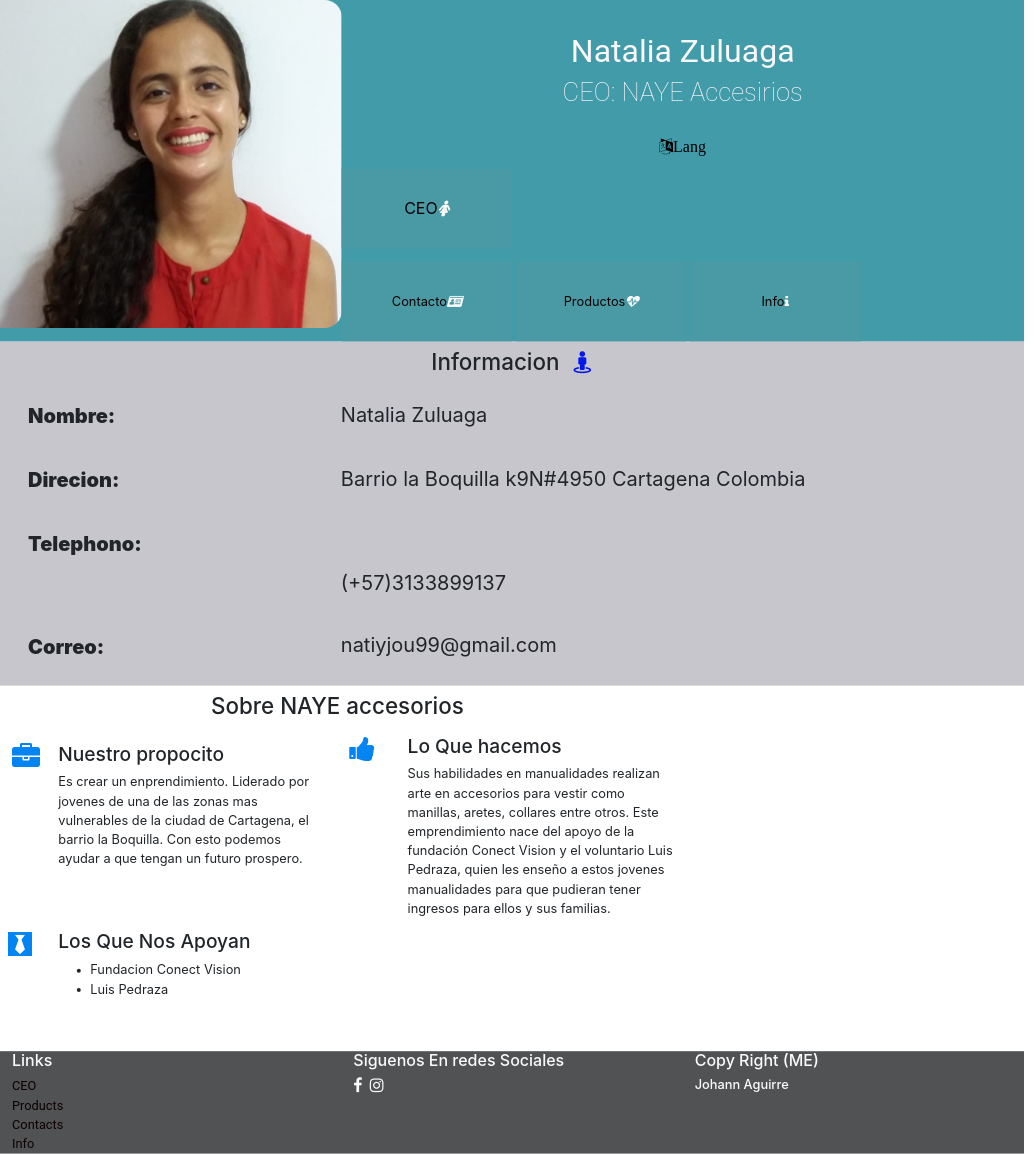
Repository: cachimiro/1-mile-stone-project
Page: index.html
The author's editor kept a record of every edit. The page is drawn from the files as they stood at one moment, then again after the next edit.
The browser window is 1280 px wide. The page is 1295 px wide, so the pictures cover 1295 px, including what lies to the right of the window. The pictures show the whole page, at 80% of full size.
Some web libraries are served in a nearby version.

Above is the page before.

### index.html
<!DOCTYPE html>
<html lang="es">

<head>
    <meta charset="UTF-8">
    <meta name="viewport" content="width=device-width, initial-scale=1.0">
    <meta http-equiv="X-UA-Compatible" content="ie=edge">
    <link rel="stylesheet" href="https://stackpath.bootstrapcdn.com/bootstrap/4.2.1/css/bootstrap.min.css" type="text/css" />
    <link rel="stylesheet" href="https://stackpath.bootstrapcdn.com/font-awesome/4.7.0/css/font-awesome.min.css" type="text/css" />
    <link rel="stylesheet" href="https://cdnjs.cloudflare.com/ajax/libs/hover.css/2.3.1/css/hover-min.css" type="text/css" />
    <link rel="stylesheet" href="css/style.css" type="text/css" />
    <title>NAYE accesirios</title>
</head>

<body>
    <header>
        <div class="row no-gutters">
            <a href="#" class="col-sm logo ">

            </a>

            <div class="col-md-8">
                <div class="row no-gutters">
                    <div class="col heading bg-color-name-title">
                        <h1 class="name">Natalia Zuluaga</h1>
                        <h2 class="title">CEO: NAYE Accesirios</h2>
                        <div class="dropdown">
                            <button class="dropbtn"><i class="fa fa-language">Lang</i></button>
                            <div class="dropdown-content">
                                <a href="index-english.html">English</a>
                            </div>
                        </div>


                    </div>
                </div>
                <div class="row no-gutters inline-block">
                    <div class="col"></div>
                    <ul id="nav" class="list-inline menucontainer">
                        <li class="col-6 col-sm-3 ui-menu-color-ceo list-inline-item menuitem">
                            <a href="#">CEO<i class="fa fa-ceo hvr-icon" aria-hidden="true"> <span><i class="fas fa-female"></i></span></i>  </a>
                        </div>
                        <div class="col-6 col-sm-3 ui-menu-color-contacto list-inline-item menuitem">
                            <a href="contactos.html">Contacto<i class="fa fa-contact hvr-icon" aria-hidden="true"> <span><i class="far fa-id-card"></i></span></i>  </a>
                        </div>
                        <div class="col-6 col-sm-3 ui-menu-color-productos list-inline-item menuitem">
                            <a href="productos.html"> Productos<i class="fa fa-crown hvr-icon" aria-hidden="true"> <span><i class="fas fa-heartbeat"></i></span></i>  </a>
                        </div>
                        <div class="col-6 col-sm-3 ui-menu-color-info list-inline-item menuitem">
                            <a href="informacion.html">Info<i class="fa fa-info hvr-icon" aria-hidden="true"></i>  </a>
                        </div>


                    </div>

                </div>

            </div>
        </div>
    </header>
    <section class="container-fluid">
        <div class="row">
            <div class="col bg-color-personal-info section-column colour-of-infimacion">
                <div class="row">
                    <div class="col-12">
                        <h3 class="section-heading uppercase">Informacion <i class="fa fa-street-view"></i></h3>
                    </div>
                </div>
                 <div class="personal-info-item">
                    <div class="key">
                        <p class="uppercase">
                            Nombre:

                        </p>
                    </div>
                    <div class="value">
                        <p>
                            Natalia Zuluaga

                        </p>
                    </div>
                </div>
                <div class="personal-info-item">
                    <div class="key">
                        <p class="uppercase">
                            Direcion:

                        </p>
                    </div>
                    <div class="value">
                        <p>
                            Barrio la Boquilla k9N#4950 Cartagena Colombia

                        </p>
                    </div>
                </div>
                 <div class="personal-info-item">
                    <div class="key">
                        <p class="uppercase">
                            Telephono:

                        </p>
                    </div>
                    <div class="value">
                        <p class="move-right">
                       (+57)3133899137

                        </p>
                    </div>
                </div>
                 <div class="personal-info-item">
                    <div class="key">
                        <p class="uppercase">
                            Correo:

                        </p>
                    </div>
                    <div class="value">
                        <p>
                            natiyjou99@gmail.com

                        </p>
                    </div>
                </div>
            </div>

            <div class="row">
            <div class="col-md-8 bg-color-three-reasons section-column">
                <div class="row">
                    <div class="col">
                        <h3 class="section-heading uppercase">Sobre NAYE accesorios</h3>
                    </div>
                </div>
                    <div class="row">
                        <div class="col-10 offset-1 offset-sm-0 col-sm-4 col-md-6">
                            <div class="row">
                                <div class="col-2">
                                    <i class=" move-icon three-reasons-icon fa fa-briefcase" aria-hidden="true"></i>
                                </div>
                                <div class="col-10">
                                    <h4 class="three-reasons-heading uppercase add-padding">Nuestro  propocito</h4>
                                    <p> Es crear un enprendimiento. Liderado por jovenes
                                    de una de las zonas mas vulnerables de la ciudad de Cartagena,
                                    el barrio la Boquilla. Con esto podemos ayudar a que tengan un futuro prospero. </p>
                                </div>
                            </div>
                        </div>
                         <div class="col-10 offset-1 offset-sm-0 col-sm-4 col-md-6">
                            <div class="row">
                                <div class="col-2">
                                    <i class="three-reasons-icon fa fa-thumbs-up" aria-hidden="true"></i>
                                </div>
                                <div class="col-10">
                                    <h4 class="three-reasons-heading uppercase">Lo Que hacemos </h4>
                                    <p> Sus habilidades en manualidades realizan arte en accesorios para vestir
                                       como manillas, aretes, collares entre otros. Este emprendimiento
                                       nace del apoyo de la fundación Conect Vision y el voluntario Luis Pedraza,
                                       quien les enseño a estos jovenes manualidades para que pudieran tener ingresos
                                       para ellos y sus familias.</p>
                                </div>
                            </div>
                        </div>
                         <div class="col-10 offset-1 offset-sm-0 col-sm-4 col-md-6">
                            <div class="row">
                                <div class="col-2">
                                    <i class="move-icon-3 three-reasons-icon fa fa-black-tie" aria-hidden="true"></i>
                                </div>
                                <div class="col-10">
                                    <h4 class="three-reasons-heading uppercase">Los Que Nos Apoyan</h4>
                                    <ul>
                                        <li>Fundacion Conect Vision</li>
                                        <li class="add-padding-3">Luis Pedraza</li>
                                    </ul>
                                </div>
                            </div>
                        </div>

                    </div>

            </div>
        </div>
        </div>



    </section>



    <footer class="container-fluid">
        <div id="footer-detail" class="row">
            <div class="col-sm-4">
                <h5 class="uppercase general-sub">Links</h5>
                <div class="inline-block">
                    <div class="links-footer">
                        <a href="#">
                            <div>
                                CEO
                            </div>
                        </a>
                         <a href="productos.html">
                            <div>
                                Products
                            </div>
                        </a>
                         <a href="contactos.html">
                            <div>
                                Contacts
                            </div>
                        </a>
                         <a href="informacion.html">
                            <div>
                                Info
                            </div>
                        </a>
                    </div>
                </div>
            </div>
            <div class="col-sm-4">
                <h5 class="uppercase general-sub">Siguenos En redes Sociales</h5>
                <div class="social-media-icons">
                    <div class="list-inline-item">
                        <a href="https://m.facebook.com/Nayeaccesorio/" target="_blank" class="">
                        <i class="fa fa-facebook" aria-hidden="true"></i>
                        <span class="sr-only">Facebook</span>
                        </a>
                    </div>
                    <div class="list-inline-item"></div>
                    <a href="https://www.instagram.com/nayeaccesorios/" target="_blank" class="">
                         <i class="fa fa-instagram" aria-hidden="true"></i>
                            <span class="sr-only">Instagram</span>
                            </a>

                </div>
            </div>
             <div class="col-sm-4">
                <h5 class="uppercase general-sub"> Copy Right (ME)</h5>
                <h6>Johann Aguirre</h6>

            </div>
        </div>


    </footer>
</body>

</html>

### css/style.css
@import url('https://fonts.googleapis.com/css?family=Roboto+Slab&display=swap');
/*----------colours*/

header {
    margin: 0;
    background-color: #419ba8;
    color: #f9f7fa;


}

.bg-color-name-title {
    padding-top: 30px;
}


.ui-menu-color-ceo {
    background-color:#499aa5;
    transition: all .5s ease-in-out;
    -moz-transition: all .5s ease-in-out;
    -webkit-transition: all .5s ease-in-out;


}

.ui-menu-color-contacto {
    background-color: #499aa5;
    transition: all .5s ease-in-out;
    -moz-transition: all .5s ease-in-out;
    -webkit-transition: all .5s ease-in-out;

}

.ui-menu-color-productos {
    background-color: #499aa5;
    transition: all .5s ease-in-out;
    -moz-transition: all .5s ease-in-out;
    -webkit-transition: all .5s ease-in-out;

}

.ui-menu-color-info {
    background-color: #499aa5;
    transition: all .5s ease-in-out;
    -moz-transition: all .5s ease-in-out;
    -webkit-transition: all .5s ease-in-out;

}

/*---------------sosial links colors*/

.social-links i {
    color: black;
}

/*-------------------heading, decoration*/

.list-inline-item:not(:last-child) {
    margin: 0;
}

.list-inline-item:hover{
    background-color: #757b7b;
    border-radius: 50%;
}

.bg-color-name-title {
    padding-top: 30px;
    font-family: "roboto", sans-serif;
    text-align: center;
}

.title {
    font-weight: 200;
    padding-bottom: 15px;
}

.name {
    font-weight: 400;
    padding-top: 10px;
}





i {
    color: #fafafa;

}

.inline-block {
    display: inline;
}

a {
    color: #0d0101;
}

a:hover {
    text-decoration: none;
    color: #fafafa;
}

.logo {
    background: url("../photo/natalia.jpg");
    background-position: center;
    background-repeat: no-repeat;
    background-size: cover;
    height: 410px;
    width: 370px;
    border-top-right-radius: 5%;
    border-bottom-right-radius: 5%;
    transition: all .5s ease-in-out;
    -moz-transition: all .10s ease-in-out;
    -webkit-transition: all .10s ease-in-out;
}

.menucontainer {
    font-size: 0;
}



#nav li {
    font-size: 20px;
    padding: 0;

}

.menuitem {
    line-height: 100px;
    text-align: center;

}


/*----------------drop down button*/

.dropbtn {
    background-color: transparent;
    color: #222020;
    padding: 16px;
    font-size: 12px;
    border: none;
}

.dropdown i {
    color: #000000;
    font-size: 20px;
}

.dropdown {
    position: static;
    display: inline-block;
    text-align: right;

}

.dropdown-content {
    display: none;
    position: absolute;
    background-color: #fafafa;
    min-width: 16px;
    box-shadow: 0px 8px 16px 0px rgba(0, 0, 0, 0.2);
    z-index: 1;
    border-radius: 20%;
}

.dropdown-content a {
    color: #000000;
    padding: 12px 16px;
    text-decoration: none;
    display: block;
}

.dropdown-content a:hover {
    background-color: #eb1e03;
    border-radius: 50%;


}

.dropdown:hover .dropdown-content {
    display: block;
}



/*-----------------------------section personal informtion informacion*/

.section-heading {
    padding: 10px;
    text-align: center;
}

.add-padding {
    padding-top: 10px;
}

.add-padding-3 {
    padding-bottom: 50px;
}

.move-icon {
    padding-left: 15px;
    padding-top: 10px;
}

.move-icon-3 {
    padding-left: 10px
}

.three-reasons-icon {
    color: #0284f3;
    font-size: 35px;

}

.colour-of-infimacion {
    background-color: #c6c6cc;
    line-height: 18px;

}


.personal-info-item {
    font-size: 25px;
    margin-bottom: 20px;
    padding: 20px;
    display: block;
    clear: both;

}

.col-md-4 {
    padding-right: 0;
}

.personal-info-item .key,
.personal-info-item .value {
    padding-right: 8px;
    display: inline-block;

}

.personal-info-item .key p,
.personal-info-item .value p {
    margin: 0;
}

.move-right {
    padding-top: 50px;
}

.personal-info-item .key {
    width: 30%;
    margin-right: 21px;
    padding-top: 2px;
    vertical-align: top;
}

.personal-info-item .key p {
    font-weight: 900;

}

.personal-info-item .value {
    position: relative;
    width: 60%;
}

/*----------------------------section icons*/

h3 i {
    color: #0517ea;
    padding-left: 10px;
}

/*---------------------footer links*/

.links-footer {
    font-family: "roboto", sans-serif;
    padding-right: 250px;



}

.links-footer li {
    color: #fafafa;
    text-decoration: none;
    list-style-type: none;
}

.links-footer li:hover {
    color: #e80c0c;


}

/*-----------------------footer*/


.social-media-icons i {
    color: #fafafa;
    text-align: center;
    font-size: 20px;


}

.social-media-icons i:hover {
    background-color: #e80c0c;
    border-radius: 50%;
    height: 30px;
    width: 30px;
    padding-top: 5px;
    transition-duration: 1s;



}

footer {
    background-color: #505254;
    margin: 0;
    color: #fafafa;
    position: static;


}




/*---------------------------------productos.html*/

/*------------------------------header*/



.logo-2 {
    text-align: center;
    top: -36px;
    background-repeat: no-repeat;
    width: 200px;
    height: 200px;
    margin: 0px;
    padding: 0px;
    background-color: #499aa5;
    transition: all 2s ease-in-out;
    -moz-transition: all 2s ease-in-out;
    -webkit-transition: all 2s ease-in-out;
}


.nowrap {
    flex-wrap: wrap-reverse;
}

/*--------------------------------------------section*/

/*----------------------------------image*/

.photo-adjust {
    margin: 0;
    padding: 0;
    display: block;
    top: -21px;
    line-height: 20px;


}

.photo-1 {
    border-radius: 50%;
    -webkit-transition: border-radius 2s;
    transition: border-radius 2s;
}

.photo-1:hover {
    border-radius: 0;
    transition-duration: 1s;

}



.dropdown-links {
    line-height: 100px;
    text-align: center;

}

.dropbtn-links {
    top: -56px;
    padding: 0;
    margin: 0;
}

/*--------------------------hover image information*/

.font-style {
    color: #111111;
    font-family: "roboto", sans-serif;
    font-weight: 600;
    text-align: center;
    text-shadow: 2px 2px #28c7db;
    padding: 10px;
}

/*-------------------------drop-down-button-2*/

.dropdown-2 {
    position: static;
    right: -500px;
    top: 0;
    z-index: 1;

}

.dropbtn-2 {
    background-color: transparent;
    color: #222020;
    padding: 16px;
    font-size: 12px;
    border: none;
}

.dropdown-2 i {
    color: #222020;
    font-size: 20px;
}




.dropdown-content-2 {
    display: none;
    position: absolute;
    background-color: #fafafa;
    min-width: 16px;
    box-shadow: 0px 8px 16px 0px rgba(0, 0, 0, 0.2);
    z-index: 1;
    border-radius: 20%;
}

.dropdown-content-2 a {
    color: #000000;
    padding: 12px 16px;
    text-decoration: none;
    display: block;
}

.dropdown-content-2 a:hover {
    background-color: #eb1e03;
    border-radius: 50%;


}

.dropdown-2:hover .dropdown-content-2 {
    display: block;
}

.dropdown-2:hover .dropbtn-2 {
    background-color: #3fbec8;


}

/*------------------------------------contactos.html*/

.bg-color-lightblue {
    background-color: #fafafa;
}

.logo-3 {
    text-align: center;
    top: -56px;
    background-repeat: no-repeat;
    width: 200px;
    height: 200px;
    margin: 0px;
    padding: 0px;
    position: static;
    background-color: #499aa5;
    transition: all 2s ease-in-out;
    -moz-transition: all 2s ease-in-out;
    -webkit-transition: all 2s ease-in-out;
}

.menuitem-1 {
    line-height: 100px;
    text-align: center;
}

/*---------------------------------contact form*/

.contact-firm {
    text-align: center;
    font-size: 40px;
    font-weight: 200;
    font-family: "roboto", sans-serif;
    padding: 20px;
    color: #000000;

}

input[type=email] {
    width: 100%;
    border-radius: 4px;
    margin-bottom: 10px;
    padding: 10px;
    border: 1px solid #cccccc;
}

input[type=text],
select,
textarea {
    width: 100%;
    padding: 12px;
    border: 1px solid #cccccc;
    border-radius: 4px;
    box-sizing: border-box;
    margin-top: 6px;
    margin-bottom: 16px;
    resize: vertical;
}

input[type=submit] {
    background-color: #b84bff;
    color: #fafafa;
    padding: 12px 20px;
    border: none;
    border-radius: 4px;
    cursor: pointer;
}

input[type=submit]:hover {
    background-color: #5009ff;
}

.container-6 {
    border-radius: 5px;
    background-color: #cacaca;
    padding: 20px;
}

/*--------------------------------info.html*/

.progress {
    border-radius: 10px;
}

.progress-bar {
    background-color: #122a2f;
}

.info-header {
    background-color: #419ba8;
}

.logo-4 {
    text-align: center;
    top: -56px;
    background-repeat: no-repeat;
    width: 200px;
    height: 200px;
    margin: 0px;
    padding: 0px;
    position: static;
}

.menuitem-3 {
    line-height: 100px;
    text-align: center;
    top: -20px;
}

.colour-section {
    background-color: #fafafa;
    color: #000000;
}

/*------------------------------media querys*/

@media (max-width: 450px) {
    section {
        width: 100%;
        line-height: 25px;
    }
}



@media (max-width: 450px) {
    section .colour-of-infimacion {
        border-radius: 0;
    }
}

@media (max-width:450px) {
    header .logo {
        border-radius: 0;
        width: 100%;
    }
}
@media (max-width:500px){
    .menuitem-3{
        background-color:  #c6c6cc;
    }
}
@media (max-width:500px){
    .menuitem-1{
        background-color:  #c6c6cc;
    }
}

@media (max-width: 500px) {
    header .menuitem {
        background-color:  #c6c6cc;
    }

}
@media (max-width: 1300px){
    body{
        position: static;
    }
}

After the next edit:
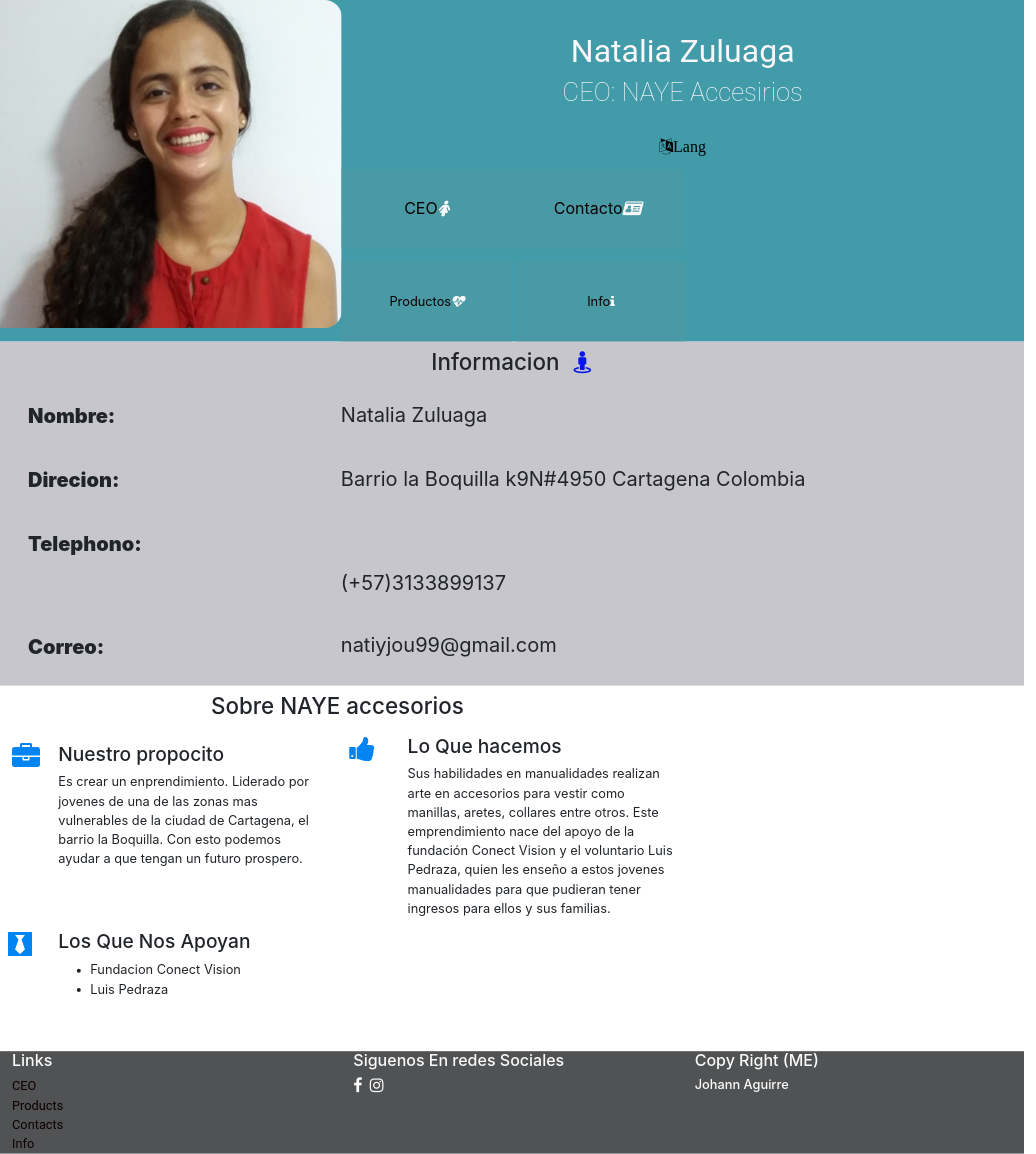
The edit:
--- a/index.html
+++ b/index.html
@@ -39,8 +39,8 @@
                     <ul id="nav" class="list-inline menucontainer">
                         <li class="col-6 col-sm-3 ui-menu-color-ceo list-inline-item menuitem">
                             <a href="#">CEO<i class="fa fa-ceo hvr-icon" aria-hidden="true"> <span><i class="fas fa-female"></i></span></i>  </a>
-                        </div>
-                        <div class="col-6 col-sm-3 ui-menu-color-contacto list-inline-item menuitem">
+                        </li>
+                        <li class="col-6 col-sm-3 ui-menu-color-contacto list-inline-item menuitem">
                             <a href="contactos.html">Contacto<i class="fa fa-contact hvr-icon" aria-hidden="true"> <span><i class="far fa-id-card"></i></span></i>  </a>
                         </div>
                         <div class="col-6 col-sm-3 ui-menu-color-productos list-inline-item menuitem">
